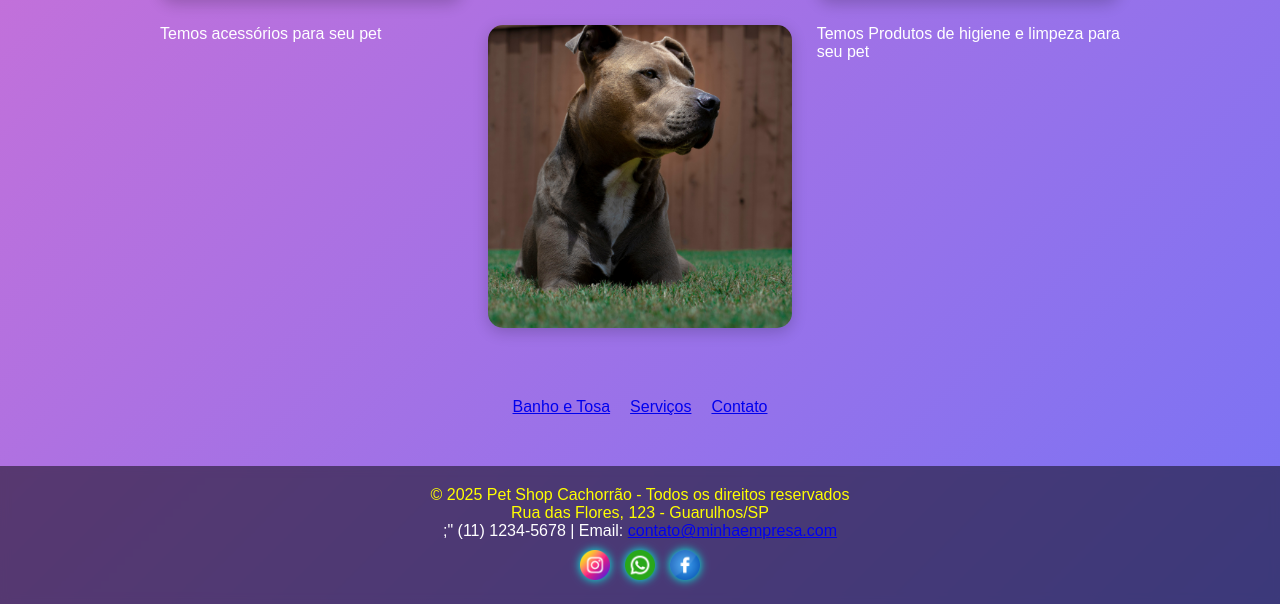
Repository: Sandro1969-tech/Desafio-petshop
Page: index.html
These files come from the project's save history. The page is drawn as it stood at one moment and after the next save; the edit follows.
The browser window is 1280 px wide. The pictures show the part of the page from y = 1567 to 2171 px (the page is 2171 px tall).

Above is the page before, as saved 2025-12-11 20:03:47.

### index.html
<!DOCTYPE html>
<html lang="pt-BR">
<head>
  <meta charset="UTF-8">
  <meta name="viewport" content="width=device-width, initial-scale=1.0">
  <title>Pet Shop Moderno</title>
  <link rel="stylesheet" href="style.css">
  <link rel="icon" type="image/png" href="assets/image/icon.png">
</head>
<body>
  <!-- Navegação -->
   <form action="index.html" method="get">
    <input type="text" name="search" placeholder="Pesquisar...">
    <button type="submit">Buscar</button>
  <nav class="navbar">
    <ul>
      <li><a href="#gallery">Galeria</a></li>
      <li><a href="#services">Serviços</a></li>
      <li><a href="#contact">Contato</a></li>
    </ul>
  </nav>

  <!-- Cabeçalho -->
  <header>
    <img src="assets/image/logo.jpg" alt="Logo Pet Shop" class="logo">
    <h1 class="neon-title">Pet Shop Cachorrão</h1>
    <p>Cuidamos do seu pet com todo amor e carinho.</p>
    <p>Temos banho e tosa e veterinários.</p>
  </header>

  <!-- Conteúdo principal -->
  <main>
    <!-- Galeria -->
    <section id="gallery" class="gallery">

      <img src="assets/image/cao1.jpg" alt="Cachorro 1">
      <p>Temos hotel para seu pet.</p>
      <img src="assets/image/cao2.jpg" alt="Cachorro 2">
      <p>Temos veterinários para seu pet.</p>
      <img src="assets/image/cao3.jpg" alt="Cachorro 3">
      <p>Rações especiais para seu pet.</p>
      <img src="assets/image/gato1.jpg" alt="Gato 1">
      <p>Temos hotel para seu pet.</p>
      <img src="assets/image/gato2.jpg" alt="gato 2">
      <p>Temos acessórios para seu pet</p>
      <img src="assets/image/cao4.jpg" alt="cao 4">
      <p>Temos Produtos de higiene e limpeza para seu pet</p>
    </section>

    <!-- Serviços -->
    <section id="services" class="buttons">
      <a href="#banho-tosa" class="btn">Banho e Tosa</a>
      <a href="#servicos" class="btn">Serviços</a>
      <a href="#contact" class="btn">Contato</a>
    </section>
  </main>

  <!-- Rodapé -->
  <footer id="contact">
    <p  style="color: yellow;">© 2025 Pet Shop Cachorrão - Todos os direitos reservados</p>
    <p style="color: yellow;"> Rua das Flores, 123 - Guarulhos/SP</p>
    <p>;" (11) 1234-5678 | Email: <a href="mailto:contato@minhaempresa.com">contato@minhaempresa.com</a></p>
    <div class="social-icons">
      <a href="https://instagram.com/seuPerfil" target="_blank" aria-label="Instagram">
        <img src="assets/image/instagram.png" alt="Instagram">
      </a>
      <a href="https://wa.me/seuNumero" target="_blank" aria-label="WhatsApp">
        <img src="assets/image/whatsapp.png" alt="WhatsApp">
      </a>
      <a href="https://facebook.com/seuPerfil" target="_blank" aria-label="Facebook">
        <img src="assets/image/facebook.png" alt="Facebook">
      </a>
    </div>
  </footer>
</body>
</html>

### style.css
/* Reset básico */
* {
  margin: 0;
  padding: 0;
  box-sizing: border-box;
}

html {
  scroll-behavior: smooth;
}

/* Fundo com gradiente vibrante */
body {
  font-family: 'Arial', sans-serif;
  background: linear-gradient(135deg, #ff6ec4, #7873f5);
  color: #fff;
  min-height: 100vh;
  display: flex;
  flex-direction: column;
}

/* Barra de navegação fixa */
.navbar {
  position: fixed;
  top: 0;
  width: 100%;
  background: rgba(0,0,0,0.6);
  padding: 10px 0;
  z-index: 1000;
  backdrop-filter: blur(5px);
}

.navbar ul {
  list-style: none;
  display: flex;
  justify-content: center;
  gap: 30px;
}

.navbar a {
  text-decoration: none;
  color: #00ffe7;
  font-weight: bold;
  transition: color 0.3s;
  text-transform: uppercase;
  font-size: 0.9rem;
}

.navbar a:hover {
  color: #ff6ec4;
}

/* --- ALTERAÇÃO FEITA AQUI: Cabeçalho Centralizado --- */
header {
  display: flex;
  /* Mudamos de 'row' (linha) para 'column' (coluna) para empilhar */
  flex-direction: column;
  /* Centraliza os itens horizontalmente */
  align-items: center;
  gap: 25px; /* Espaço entre o logo, título e ícone */
  padding: 130px 20px 40px;
  max-width: 1200px;
  margin: 0 auto;
  width: 100%;
}

/* --- ALTERAÇÃO FEITA AQUI: Logo Maior --- */
.logo {
  width: 200px; /* Aumentado de 80px para 200px */
  height: auto;
  filter: drop-shadow(0 0 10px rgba(0, 255, 231, 0.5)); /* Um brilho extra no logo */
}

.icon {
  width: 80px; /* Aumentei um pouco o ícone também para acompanhar o logo */
  height: auto;
}

/* Título neon com animação */
.neon-title {
  font-size: 3rem; /* Título um pouco maior */
  text-align: center;
  color: #fff;
  text-shadow: 0 0 5px #00ffe7, 0 0 10px #00ffe7, 0 0 20px #00ffe7;
  animation: flicker 2s infinite alternate;
}

@keyframes flicker {
  0% { opacity: 1; text-shadow: 0 0 5px #00ffe7, 0 0 10px #00ffe7; }
  50% { opacity: 0.8; text-shadow: 0 0 20px #00ffe7, 0 0 30px #00ffe7; }
  100% { opacity: 1; text-shadow: 0 0 10px #00ffe7, 0 0 20px #00ffe7; }
}

/* --- ALTERAÇÃO FEITA AQUI: Galeria 3x2 Fixa --- */
.gallery {
  display: grid;
  /* Força exatamente 3 colunas de tamanhos iguais */
  grid-template-columns: repeat(3, 1fr);
  gap: 25px; /* Espaço um pouco maior entre as fotos */
  padding: 20px;
  max-width: 1000px; /* Limita a largura total da galeria para não ficar muito esticada */
  margin: 0 auto; /* Centraliza a galeria */
  width: 100%;
}

.gallery img {
  width: 100%;
  aspect-ratio: 1 / 1;
  object-fit: cover;
  border-radius: 15px;
  transition: transform 0.3s, box-shadow 0.3s;
  box-shadow: 0 4px 15px rgba(0,0,0,0.2);
}

.gallery img:hover {
  transform: scale(1.05);
  box-shadow: 0 8px 25px rgba(0, 255, 231, 0.4);
  z-index: 1; /* Garante que a imagem em zoom fique por cima das outras */
}

/* Botões animados */
.buttons {
  display: flex;
  justify-content: center;
  flex-wrap: wrap;
  gap: 20px;
  margin: 50px 20px;
}

button {
  background: #00ffe7;
  border: none;
  padding: 15px 30px;
  border-radius: 50px;
  font-size: 1.1rem;
  font-weight: bold;
  color: #000;
  cursor: pointer;
  transition: all 0.3s ease;
  box-shadow: 0 4px 15px rgba(0, 255, 231, 0.3);
}

button:hover {
  transform: translateY(-5px);
  background: #ff6ec4;
  color: #fff;
  box-shadow: 0 6px 20px rgba(255, 110, 196, 0.5);
}

/* Rodapé */
footer {
  text-align: center;
  padding: 20px;
  background: rgba(0,0,0,0.5);
  margin-top: auto;
  backdrop-filter: blur(5px);
}

.social-icons {
  margin-top: 15px;
  display: flex;
  justify-content: center;
  gap: 25px;
}

.social-icons img {
  width: 30px;
  height: 30px;
  transition: transform 0.3s;
  filter: drop-shadow(0 0 5px #00ffe7);
}

.social-icons img:hover {
  transform: scale(1.2) rotate(10deg);
}

/* Media Query para celulares */
@media (max-width: 768px) {
  .neon-title {
    font-size: 2.2rem;
  }

  .logo {
      width: 150px; /* Logo um pouco menor em celulares */
  }

  /* IMPORTANTE: Em telas pequenas (celulares), 3 colunas ficam muito apertadas.
     Mudei para 2 colunas no celular para ficar melhor de ver.
     Se você quiser 3 colunas MESMO no celular, mude abaixo para repeat(3, 1fr) */
  .gallery {
    grid-template-columns: repeat(2, 1fr);
    gap: 15px;
  }
}

@media (max-width: 480px) {
    /* Em telas muito pequenas, 1 coluna só */
    .gallery {
        grid-template-columns: 1fr;
    }
}

.social-icons {
  display: flex;
  justify-content: center;
  gap: 15px;
  margin-top: 10px;
}

.social-icons img {
  width: 30px;
  height: 30px;
  transition: transform 0.3s ease, filter 0.3s ease;
}

.social-icons img:hover {
  transform: scale(1.2) rotate(10deg);
  filter: brightness(1.2);
}

After the next save:
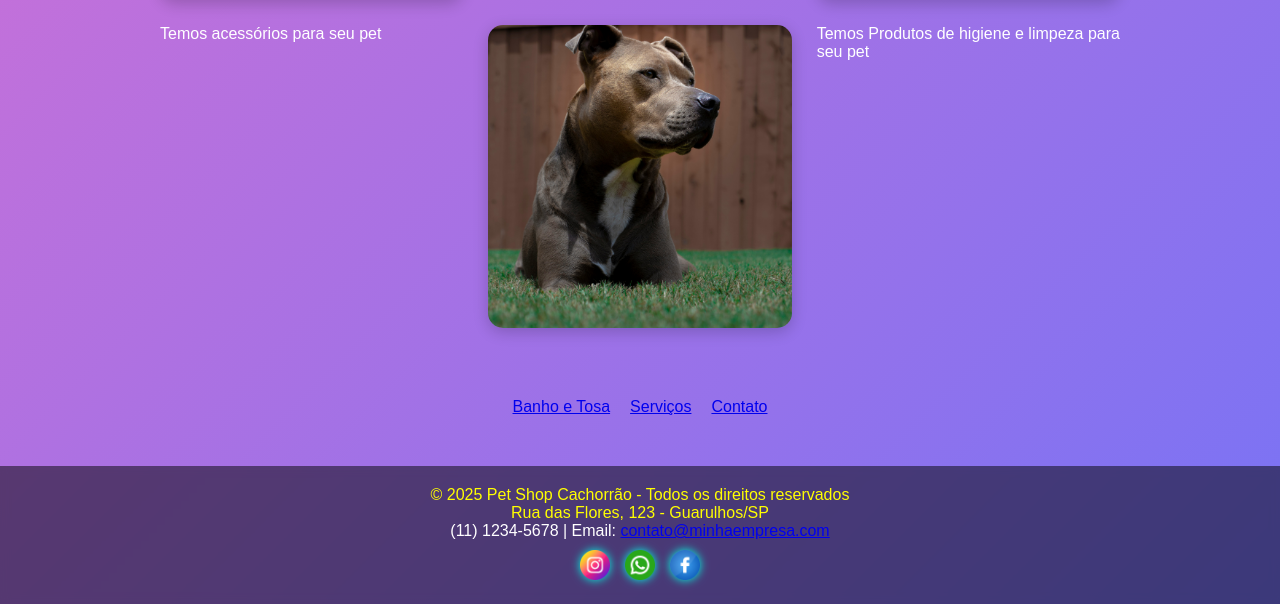
Saved 6 s later.
--- a/index.html
+++ b/index.html
@@ -59,7 +59,7 @@
   <footer id="contact">
     <p  style="color: yellow;">© 2025 Pet Shop Cachorrão - Todos os direitos reservados</p>
     <p style="color: yellow;"> Rua das Flores, 123 - Guarulhos/SP</p>
-    <p>;" (11) 1234-5678 | Email: <a href="mailto:contato@minhaempresa.com">contato@minhaempresa.com</a></p>
+    <p> (11) 1234-5678 | Email: <a href="mailto:contato@minhaempresa.com">contato@minhaempresa.com</a></p>
     <div class="social-icons">
       <a href="https://instagram.com/seuPerfil" target="_blank" aria-label="Instagram">
         <img src="assets/image/instagram.png" alt="Instagram">
